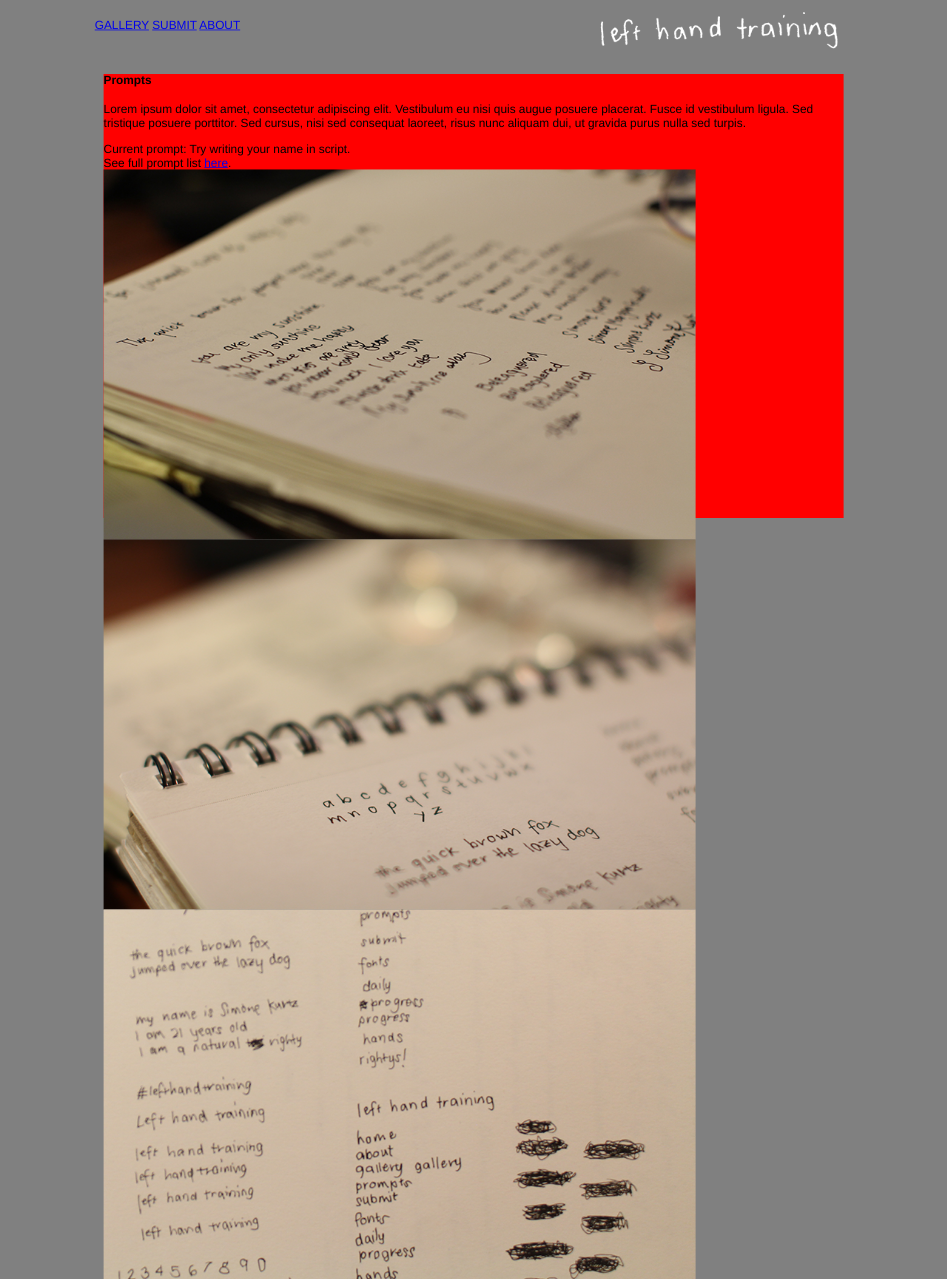
Repository: simonekurtz/simonekurtz.github.io
Page: 3ASGN_Catalog/prompts.html
The author's editor kept a record of every edit. The page is drawn from the files as they stood at one moment, then again after the next edit.
The browser window is 1280 px wide. The pictures show the whole page, at 74% of full size.
Some web libraries are served in a nearby version.

Above is the page before.

### 3ASGN_Catalog/prompts.html
<html>
    <head>
       <title>Left Hand Training</title>
         <link rel="stylesheet" href="gallery.css">

    </head>
    <body>
    <div class="splash-header">
        </div>

        <div class="header-image"><a href="index.html"><img src="images/menu/title_small.png"></a>
        </div>

        <div class="menu">
        <a href="gallery.html">GALLERY</a>
        <a href="submit.html">SUBMIT</a>
        <a href="about.html">ABOUT</a>
        </div>

<!--        <div class="menu">
            <a href="gallery.html"><img src="images/menu/gallery.png" class="gallerylink"></a>
            <a href="submit.html"><img src="images/menu/submit.png" class="submitlink"></a>
            <a href="about.html"><img src="images/menu/about.png" class="aboutlink"></a>

-->

        <div class="splash image">
            <a href="images/images/IMG_3008.jpg"></a>
        </div>

        <div class="content">
            <h4>Prompts</h4>

            <div class="infoBar">
                Lorem ipsum dolor sit amet, consectetur adipiscing elit. Vestibulum eu nisi quis augue posuere placerat. Fusce id vestibulum ligula. Sed tristique posuere porttitor. Sed cursus, nisi sed consequat laoreet, risus nunc aliquam dui, ut gravida purus nulla sed turpis.
                    <br>
                    <br>
                    Current prompt: Try writing your name in script.
                    <br>
                    See full prompt list <a href="randomlink.html">here</a>.
            </div>

            <div class="longwrapper">
                <div class="wrappercontent">

                    <div class="c1">
                        <img src="images/images/Prompt1.png">
                    </div>
                    <div class="c2">
                        <img src="images/images/Prompt2.png">
                    </div>
                    <div class="c3">
                        <img src="images/images/Prompt3.png">
                    </div>
                </div>
            </div>
        </div>



        <script type="text/javascript" src="//code.jquery.com/jquery-1.11.2.min.js"></script>
        <script type="text/javascript" src="script.js"></script>
    </body>
</html>

### 3ASGN_Catalog/gallery.css
body {
    margin: 0px;
    cursor: url("images/icons/left-arrow-resize.png"), auto;
    font-family: helvetica, arial, sans-serif;
    background-color: gray;
}

a:hover{
    cursor:url("images/icons/left-pointer-resize.png"), auto;
}

.menu {
    position: absolute;
    width: 350px;
    left: 10%;
    top: 25px;
}

.header-image {
    position: absolute;
    top:10px;
    right: 10%;
}

.gallerylink {
    position: relative;
    padding: 1%;
}

.submitlink {
    position: relative;
    padding: 1%;
    top: -7px;
}

.aboutlink {
    position: relative;
    padding: 1%;
    top: -11px;
}

.content {
    background-color: red;
    width: 1000px;
    height: 600px;
    margin: 0 auto;
    margin-top: 100px;
}

### 3ASGN_Catalog/script.js
// var delay=1000 //set delay in miliseconds
// var curindex=0


	var randomimages = ["IMG_2998.JPG", "IMG_3003.jpg", "IMG_3008.jpg", "IMG_3018.jpg", "IMG_3043.jpg"];


function randselect() {
    var slideshow = "url(images/images/" + randomimages[Math.floor(Math.random()*randomimages.length)] + ")";

$("body").css("background-image",slideshow);

}

setInterval("randselect()",7000);

setTimeout("randselect()",1000);




// var preload=new Array()

// for (n=0;n<randomimages.length;n++)
// {
// 	preload[n]=new Image()
// 	preload[n].src=randomimages[n]
// }

// document.write('<img name="defaultimage" src="images/'+randomimages[Math.floor(Math.random()*(randomimages.length))]+'">')

// function rotateimage()
// {

// if (curindex==(tempindex=Math.floor(Math.random()*(randomimages.length)))){
// curindex=curindex==0? 1 : curindex-1
// }
// else
// curindex=tempindex

// 	document.images.defaultimage.src=randomimages[curindex]
// }

// setInterval("rotateimage()",delay)

After the next edit:
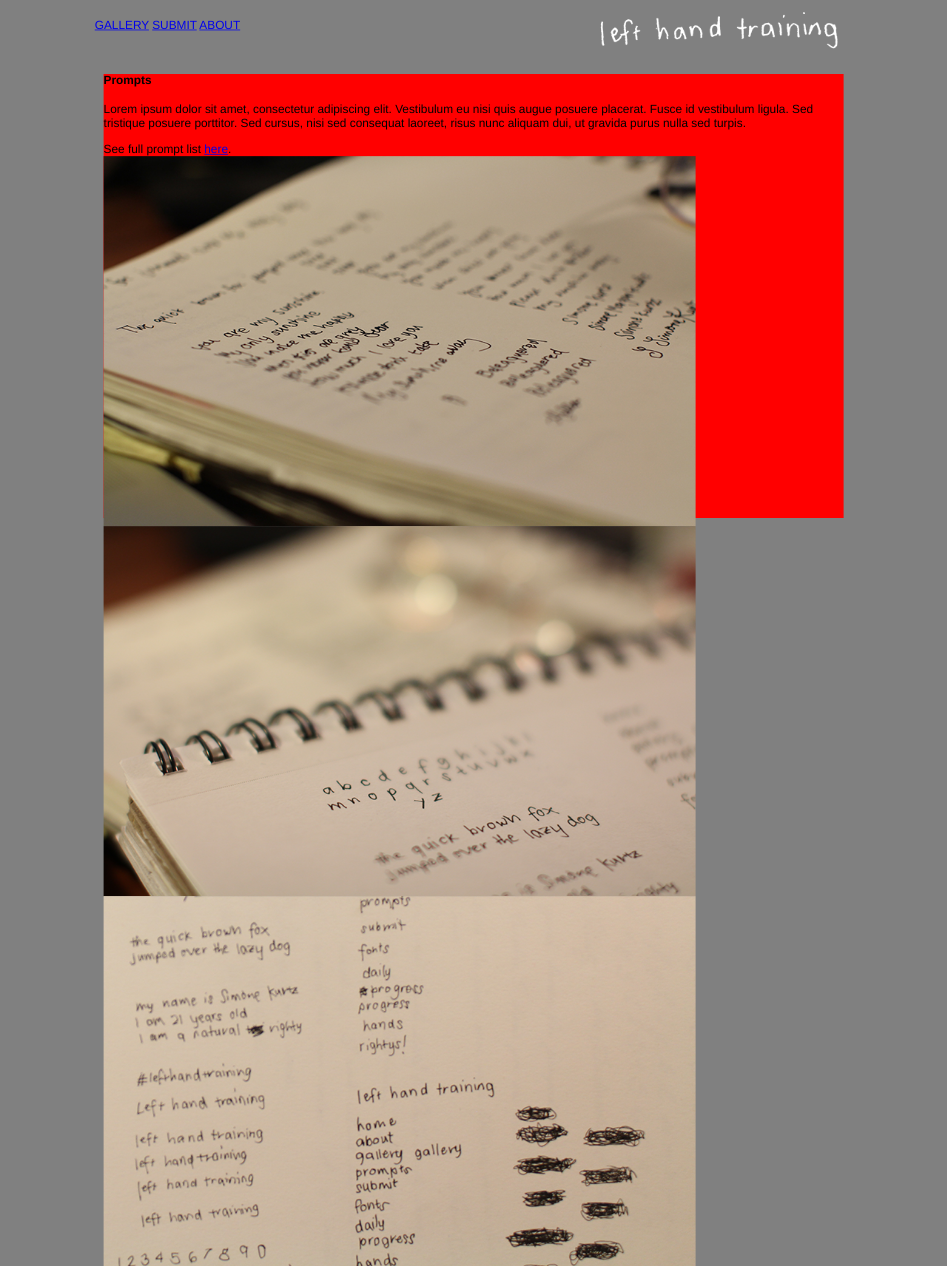
The edit:
--- a/3ASGN_Catalog/prompts.html
+++ b/3ASGN_Catalog/prompts.html
@@ -35,8 +35,7 @@
                 Lorem ipsum dolor sit amet, consectetur adipiscing elit. Vestibulum eu nisi quis augue posuere placerat. Fusce id vestibulum ligula. Sed tristique posuere porttitor. Sed cursus, nisi sed consequat laoreet, risus nunc aliquam dui, ut gravida purus nulla sed turpis.
                     <br>
                     <br>
-                    Current prompt: Try writing your name in script.
-                    <br>
+
                     See full prompt list <a href="randomlink.html">here</a>.
             </div>
 
